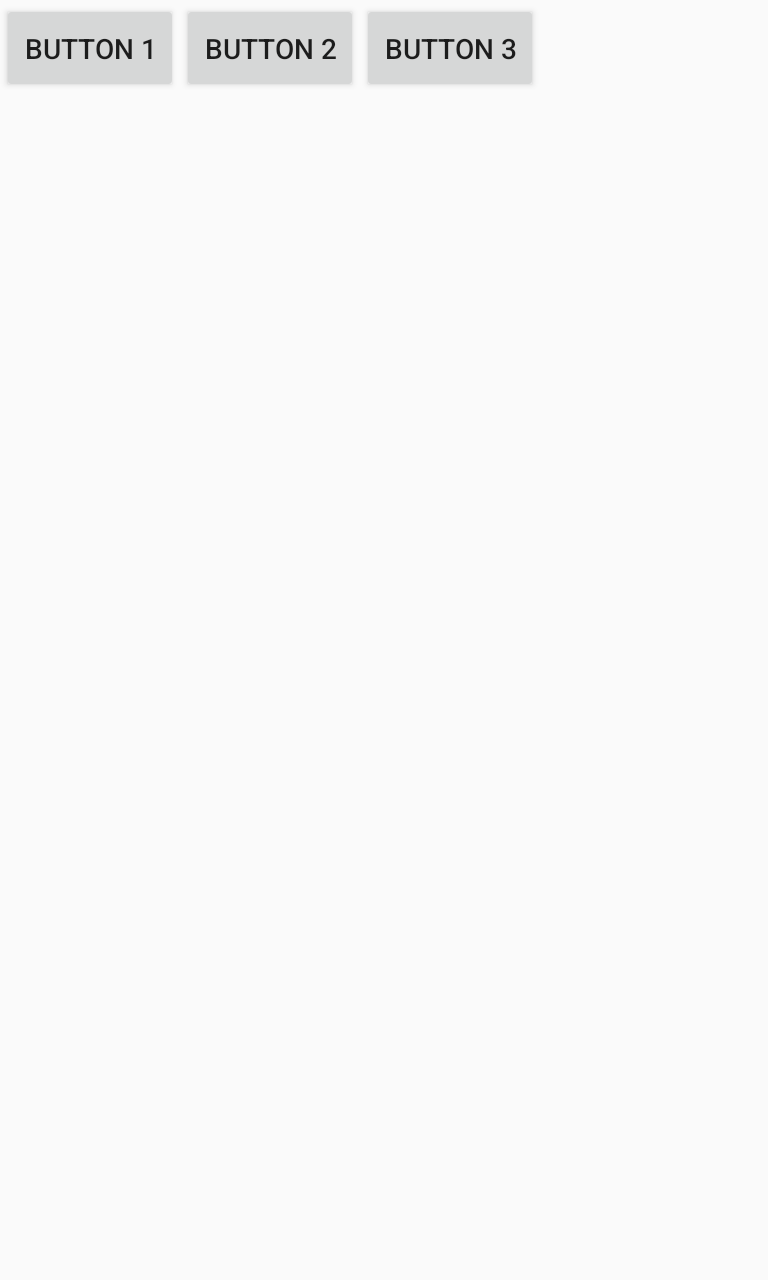
Repository: guyuzhilian/Programs
Layout: Android/UILayoutTest/res/layout/activity_main.xml
These files come from the project's save history. The layout is drawn as it stood at one moment and after the next save; the edit follows.
It is drawn on a 768 x 1280 px phone screen (xhdpi) without system bars, with theme AppTheme; the app's code is not run.

Above is the layout before, as saved 2015-06-25 08:27:34.

### Android/UILayoutTest/res/layout/activity_main.xml
<LinearLayout xmlns:android="http://schemas.android.com/apk/res/android"
    android:layout_width="match_parent"
    android:layout_height="match_parent"
    android:orientation="horizontal" >

    <Button
        android:id="@+id/button1"
        android:layout_width="wrap_content"
        android:layout_height="wrap_content"
        android:layout_gravity="top"
        android:text="Button 1" />

    <Button
        android:id="@+id/button2"
        android:layout_width="wrap_content"
        android:layout_height="wrap_content"
        android:text="Button 2" />

    <Button
        android:id="@+id/button3"
        android:layout_width="wrap_content"
        android:layout_height="wrap_content"
        android:text="Button 3" />
</LinearLayout>

Loaded but not shown: Android/UILayoutTest/res/values/styles.xml (common file); Android/UILayoutTest/res/values-v11/styles.xml (common file); Android/UILayoutTest/res/values-v14/styles.xml (common file)

After the next save:
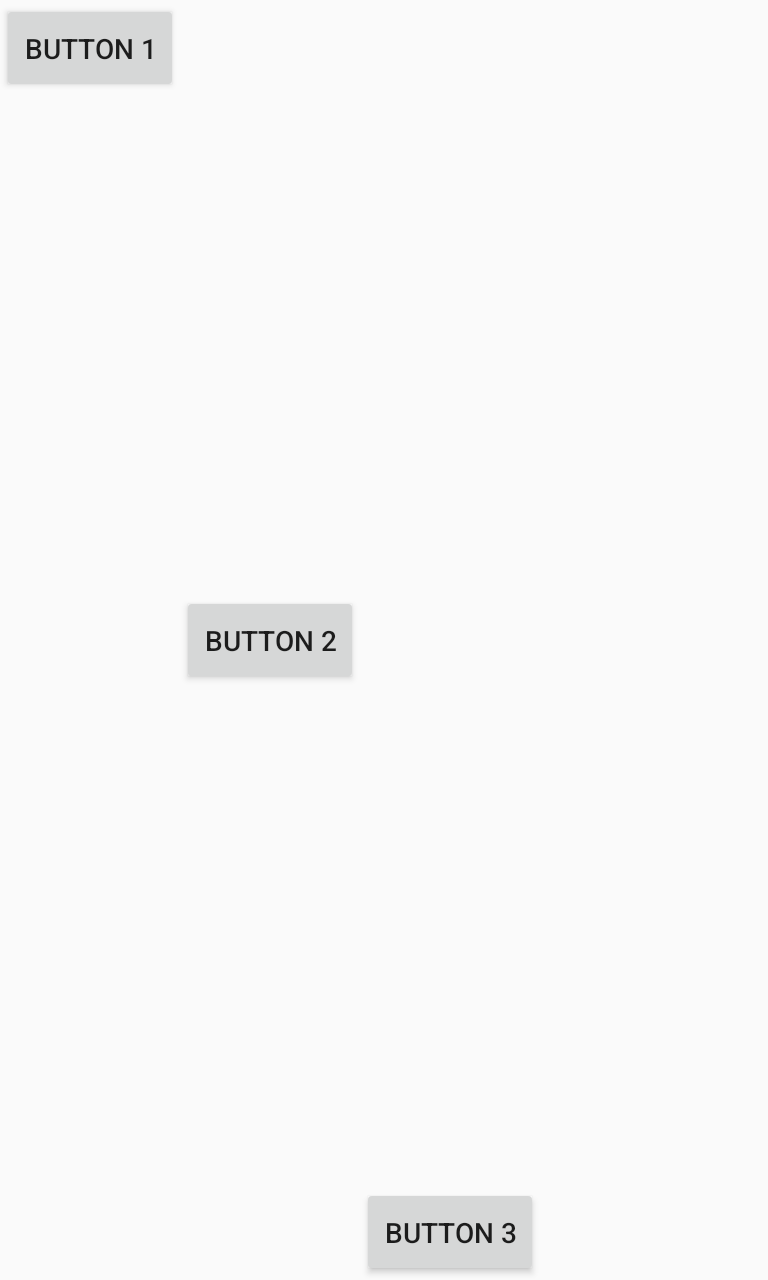
Saved 22 s later.
--- a/Android/UILayoutTest/res/layout/activity_main.xml
+++ b/Android/UILayoutTest/res/layout/activity_main.xml
@@ -14,11 +14,13 @@
         android:id="@+id/button2"
         android:layout_width="wrap_content"
         android:layout_height="wrap_content"
+        android:layout_gravity="center_vertical"
         android:text="Button 2" />
 
     <Button
         android:id="@+id/button3"
         android:layout_width="wrap_content"
         android:layout_height="wrap_content"
+        android:layout_gravity="bottom"
         android:text="Button 3" />
 </LinearLayout>
